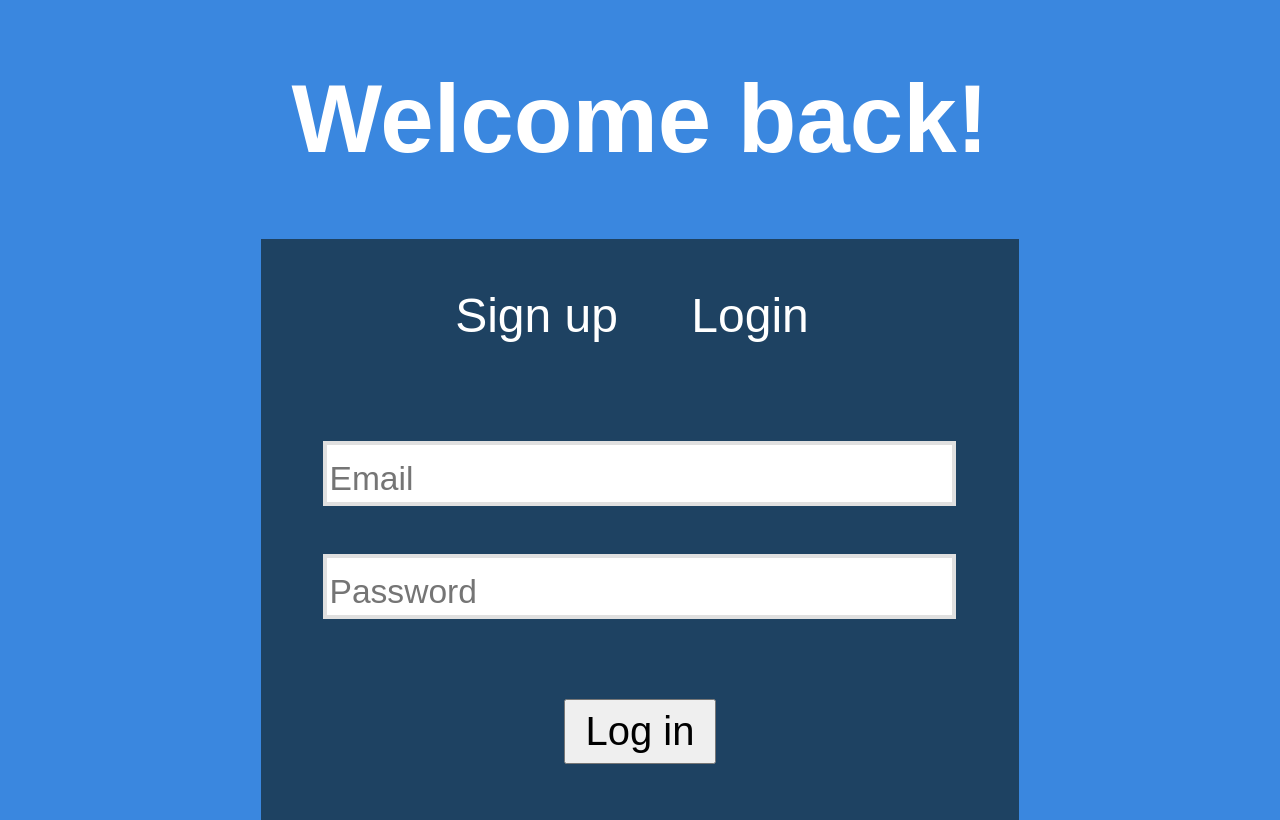
Repository: NicolasssCarlos/basic-flask-login
Page: http://localhost/
An editor plug-in stored every save of this project. The page is shown before and after the next save, followed by the edit.
The browser window is 1280 px wide. The pictures show the whole page.
The page is served by the project's application, run on Flask 3 (app.py).

Above is the page before, as saved 2025-06-11 21:04:06.

After the next save:
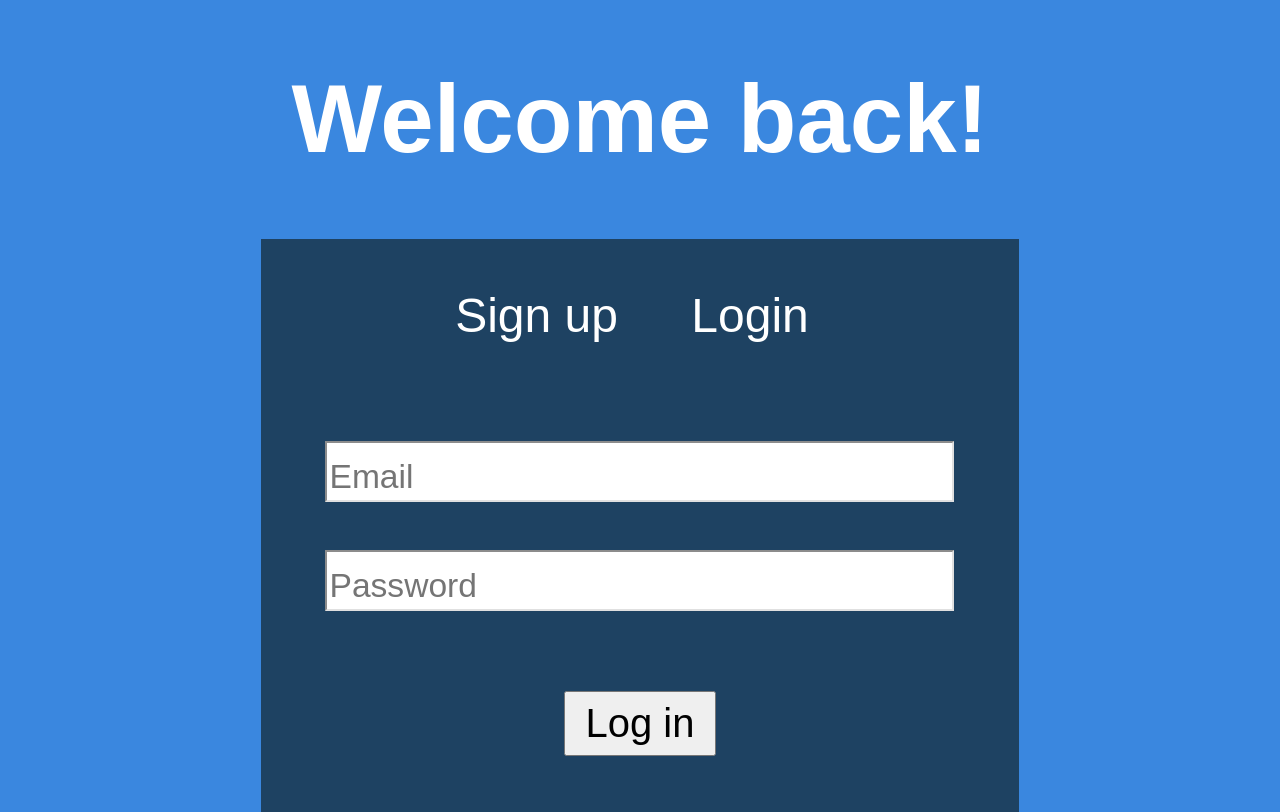
Saved 10 s later.
--- a/static/main.css
+++ b/static/main.css
@@ -99,7 +99,7 @@
     margin-top: 1rem;
 
 
-    border: solid 0.3rem;
+
 
 
     border-color: #e0e0e0;

After the save that followed:
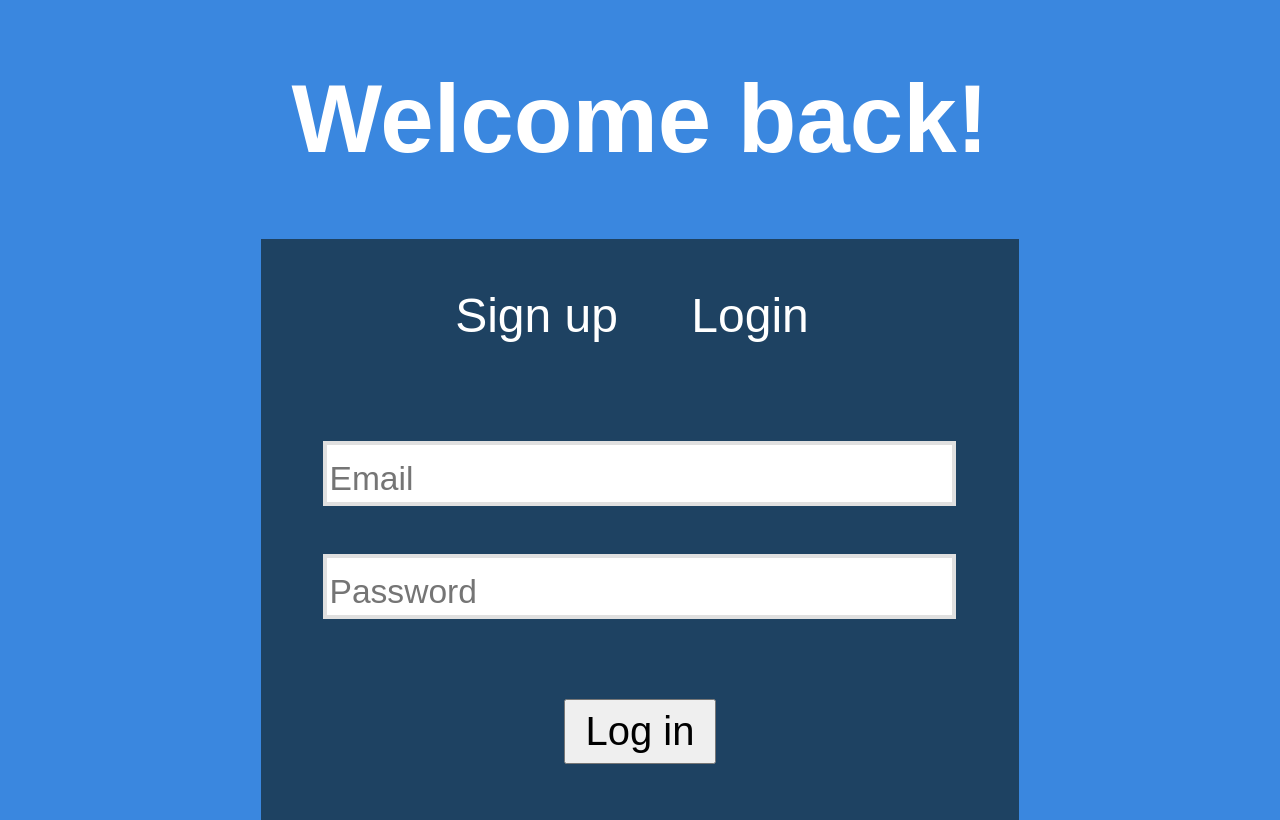
Saved 4 s later.
--- a/static/main.css
+++ b/static/main.css
@@ -99,7 +99,7 @@
     margin-top: 1rem;
 
 
-
+    border: solid 0.3rem;
 
 
     border-color: #e0e0e0;
